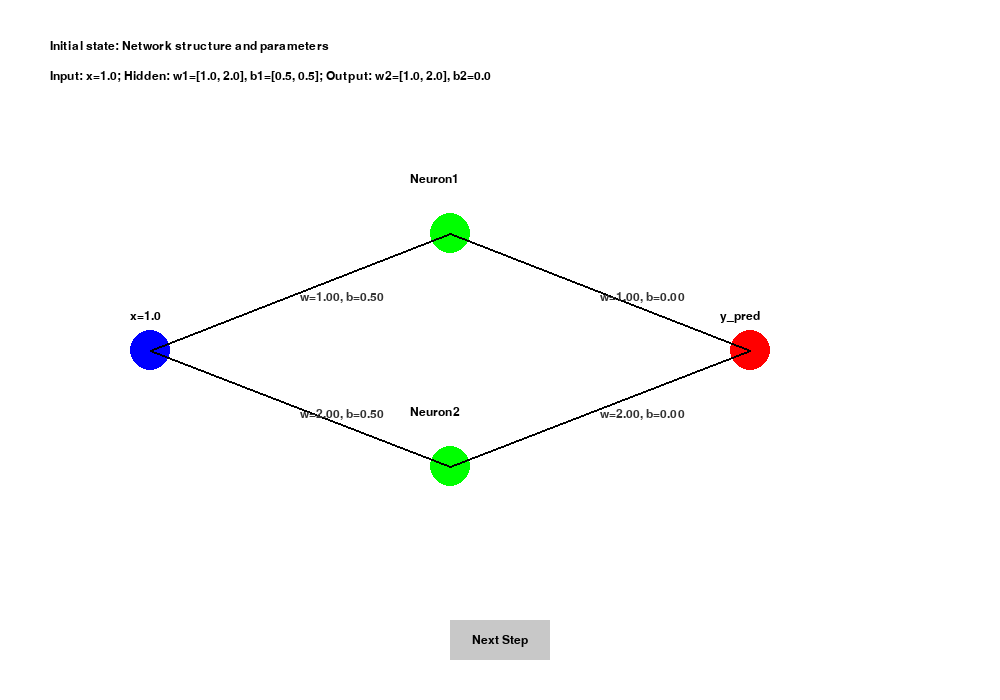
Repository: ducchuu/cnn_from_scratch
Script's output: python src/visualization/pygame_nn_simulator.py
An editor plug-in stored every save of this project. The script's output is shown before and after the next save, followed by the edit.
The window is shown after at most 60 frames with no key pressed. Random numbers start from a fixed seed.

Above is the script's output before, as saved 2025-02-13 05:31:00.

### src/visualization/pygame_nn_simulator.py
import pygame
import sys

# 初始化 pygame
pygame.init()

# 屏幕设置
screen_width = 1000
screen_height = 700
screen = pygame.display.set_mode((screen_width, screen_height))
pygame.display.set_caption("神经网络训练过程交互式可视化")

# 设置字体（使用更小的默认字体）
font = pygame.font.SysFont(None, 18)  # 字号调整为18

# 定义各层神经元的位置
input_pos = (150, screen_height // 2)
hidden1_pos = (450, screen_height // 3)
hidden2_pos = (450, screen_height * 2 // 3)
output_pos = (750, screen_height // 2)

# 定义"下一步"按钮的位置和大小
button_rect = pygame.Rect(screen_width // 2 - 50, screen_height - 80, 100, 40)

# 预定义各步的说明文字和对应的详细信息
steps = [
    {
        "desc": "Initial state: Network structure and parameters",
        "details": "Input: x=1.0; Hidden: w1=[1.0, 2.0], b1=[0.5, 0.5]; Output: w2=[1.0, 2.0], b2=0.0",
        "highlight_paths": [],
    },
    {
        "desc": "Forward pass: Calculate hidden layer weighted input",
        "details": "z1 = [1*1.0+0.5, 1*2.0+0.5] = [1.5, 2.5]",
        "highlight_paths": [(input_pos, hidden1_pos), (input_pos, hidden2_pos)],
    },
    {
        "desc": "Forward pass: Apply ReLU activation function",
        "details": "h = ReLU(z1) = [1.5, 2.5]",
        "highlight_paths": [(hidden1_pos, hidden1_pos), (hidden2_pos, hidden2_pos)],
    },
    {
        "desc": "Forward pass: Calculate output layer output",
        "details": "y_pred = h•w2 + b2 = 1.5*1.0 + 2.5*2.0 = 6.5",
        "highlight_paths": [(hidden1_pos, output_pos), (hidden2_pos, output_pos)],
    },
    {
        "desc": "Calculate loss: Use Mean Squared Error (MSE)",
        "details": "L = 0.5*(6.5-7.0)^2 = 0.125",
        "highlight_paths": [(output_pos, output_pos)],
    },
    {
        "desc": "Backward pass: Calculate output layer gradient",
        "details": "dL/dy_pred = y_pred - target = -0.5",
        "highlight_paths": [(output_pos, output_pos)],
    },
    {
        "desc": "Backward pass: Calculate output layer weight gradient",
        "details": "grad_w2 = dL/dy_pred * h = -0.5 * [1.5, 2.5] = [-0.75, -1.25]",
        "highlight_paths": [(hidden1_pos, output_pos), (hidden2_pos, output_pos)],
    },
    {
        "desc": "Backward pass: Gradient propagation to hidden layer",
        "details": "dL/dh = dL/dy_pred * w2 = [-0.5, -1.0]",
        "highlight_paths": [(output_pos, hidden1_pos), (output_pos, hidden2_pos)],
    },
    {
        "desc": "Backward pass: Calculate hidden layer weight gradient",
        "details": "grad_w1 = dL/dz1 * x = [-0.5, -1.0]",
        "highlight_paths": [(input_pos, hidden1_pos), (input_pos, hidden2_pos)],
    },
    {
        "desc": "Parameter update: Update all layer parameters",
        "details": "new_w1=[1.05,2.1], new_b1=[0.55,0.6]; new_w2=[1.075,2.125], new_b2=0.05",
        "highlight_paths": [
            (input_pos, hidden1_pos),
            (input_pos, hidden2_pos),
            (hidden1_pos, output_pos),
            (hidden2_pos, output_pos),
        ],
    },
]

# 修改颜色定义，使用更鲜明的配色
COLORS = {
    "input_value": (0, 120, 255),  # 深蓝色
    "weights": (50, 50, 50),  # 深灰色
    "activation": (34, 139, 34),  # 森林绿
    "gradients": (220, 20, 60),  # 猩红色
    "loss": (255, 140, 0),  # 深橙色
    "updated_params": (148, 0, 211),  # 深紫色
    "neuron_label": (0, 0, 0),  # 黑色
}

# 当前步骤变量（初始为 0）
step = 0


def get_edge_text_positions(start_pos, end_pos):
    # 计算边的中点
    mid_x = (start_pos[0] + end_pos[0]) // 2
    mid_y = (start_pos[1] + end_pos[1]) // 2

    # 计算边的方向向量
    dx = end_pos[0] - start_pos[0]
    dy = end_pos[1] - start_pos[1]

    # 计算垂直于边的方向
    length = (dx * dx + dy * dy) ** 0.5
    if length != 0:
        normal_x = -dy / length
        normal_y = dx / length
    else:
        normal_x, normal_y = 0, 1

    # 返回更多的文本位置选项
    positions = {
        "top2": (mid_x + normal_x * 60, mid_y + normal_y * 60),  # 最上层
        "top1": (mid_x + normal_x * 30, mid_y + normal_y * 30),  # 上层
        "middle": (mid_x, mid_y),  # 中间
        "bottom1": (mid_x - normal_x * 30, mid_y - normal_y * 30),  # 下层
        "bottom2": (mid_x - normal_x * 60, mid_y - normal_y * 60),  # 最下层
    }
    return positions


def draw_network(screen, step):
    screen.fill((255, 255, 255))
    screen_rect = screen.get_rect()

    # 根据前向传播过程定义相关变量
    # 定义输入层的输入值
    x = 1.0
    # 计算隐藏层的加权输入 z1，根据步骤1的示例计算
    z1 = [x * 1.0 + 0.5, x * 2.0 + 0.5]  # 得到 [1.5, 2.5]
    # 使用 ReLU 激活函数计算隐藏层输出 h
    h = [max(0, val) for val in z1]  # 结果为 [1.5, 2.5]

    # 画出各层神经元：用圆圈表示
    # 输入层（蓝色）
    pygame.draw.circle(screen, (0, 0, 255), input_pos, 20)
    # 隐藏层（绿色）
    pygame.draw.circle(screen, (0, 255, 0), hidden1_pos, 20)
    pygame.draw.circle(screen, (0, 255, 0), hidden2_pos, 20)
    # 输出层（红色）
    pygame.draw.circle(screen, (255, 0, 0), output_pos, 20)

    # 画出各层之间的连线
    pygame.draw.line(screen, (0, 0, 0), input_pos, hidden1_pos, 2)
    pygame.draw.line(screen, (0, 0, 0), input_pos, hidden2_pos, 2)
    pygame.draw.line(screen, (0, 0, 0), hidden1_pos, output_pos, 2)
    pygame.draw.line(screen, (0, 0, 0), hidden2_pos, output_pos, 2)

    # 在输入层节点旁显示 x=1.0
    text = font.render("x=1.0", True, (0, 0, 0))
    screen.blit(text, (input_pos[0] - 20, input_pos[1] - 40))

    # 在隐藏层节点旁显示神经元标签
    text = font.render("Neuron1", True, COLORS["neuron_label"])
    screen.blit(text, (hidden1_pos[0] - 40, hidden1_pos[1] - 60))
    text = font.render("Neuron2", True, COLORS["neuron_label"])
    screen.blit(text, (hidden2_pos[0] - 40, hidden2_pos[1] - 60))

    # 在输出层节点旁显示 y_pred 标签
    text = font.render("y_pred", True, (0, 0, 0))
    screen.blit(text, (output_pos[0] - 30, output_pos[1] - 40))

    # 获取边的文本位置
    input_hidden1_pos = get_edge_text_positions(input_pos, hidden1_pos)
    input_hidden2_pos = get_edge_text_positions(input_pos, hidden2_pos)
    hidden1_output_pos = get_edge_text_positions(hidden1_pos, output_pos)
    hidden2_output_pos = get_edge_text_positions(hidden2_pos, output_pos)

    # 按照显示优先级绘制文本
    # 1. 首先显示权重和偏置（在中间位置）
    if step < 9:
        # 初始参数
        text = font.render(f"w=1.00, b=0.50", True, COLORS["weights"])
        screen.blit(text, input_hidden1_pos["middle"])
        text = font.render(f"w=2.00, b=0.50", True, COLORS["weights"])
        screen.blit(text, input_hidden2_pos["middle"])

        text = font.render(f"w=1.00, b=0.00", True, COLORS["weights"])
        screen.blit(text, hidden1_output_pos["middle"])
        text = font.render(f"w=2.00, b=0.00", True, COLORS["weights"])
        screen.blit(text, hidden2_output_pos["middle"])
    else:
        # 更新后的参数
        text = font.render(f"w=1.05, b=0.55", True, COLORS["updated_params"])
        screen.blit(text, input_hidden1_pos["middle"])
        text = font.render(f"w=2.10, b=0.60", True, COLORS["updated_params"])
        screen.blit(text, input_hidden2_pos["middle"])

        text = font.render(f"w=1.075, b=0.05", True, COLORS["updated_params"])
        screen.blit(text, hidden1_output_pos["middle"])
        text = font.render(f"w=2.125, b=0.05", True, COLORS["updated_params"])
        screen.blit(text, hidden2_output_pos["middle"])

    # 2. 显示梯度信息（在上下不同层次）
    if step >= 6:
        # 输出层权重梯度
        text = font.render("grad_w2 = [-0.75, -1.25]", True, COLORS["gradients"])
        screen.blit(text, hidden1_output_pos["top2"])

    if step >= 7:
        # 隐藏层梯度
        text = font.render("dL/dh = [-0.5, -1.0]", True, COLORS["gradients"])
        screen.blit(text, hidden1_output_pos["bottom2"])
        screen.blit(text, hidden2_output_pos["bottom2"])

    if step >= 8:
        # 输入层权重梯度
        text = font.render("grad_w1 = [-0.5, -1.0]", True, COLORS["gradients"])
        screen.blit(text, input_hidden1_pos["top2"])

    # 3. 节点值显示（使用更大的间距）
    if step >= 1:
        text = font.render(f"z={z1[0]:.1f}", True, COLORS["activation"])
        screen.blit(text, (hidden1_pos[0] + 30, hidden1_pos[1] - 50))
        text = font.render(f"z={z1[1]:.1f}", True, COLORS["activation"])
        screen.blit(text, (hidden2_pos[0] + 30, hidden2_pos[1] - 50))

    if step >= 2:
        text = font.render(f"h={h[0]:.1f}", True, COLORS["activation"])
        screen.blit(text, (hidden1_pos[0] + 30, hidden1_pos[1]))
        text = font.render(f"h={h[1]:.1f}", True, COLORS["activation"])
        screen.blit(text, (hidden2_pos[0] + 30, hidden2_pos[1]))

    # 4. 输出层信息（使用更大的垂直间距）
    if step >= 3:
        text = font.render("y_pred=6.5", True, COLORS["gradients"])
        screen.blit(text, (output_pos[0] + 40, output_pos[1] - 20))

    if step >= 4:
        text = font.render("L = 0.125", True, COLORS["loss"])
        screen.blit(text, (output_pos[0] + 40, output_pos[1] + 40))

    if step >= 5:
        text = font.render("dL/dy_pred = -0.5", True, COLORS["gradients"])
        screen.blit(text, (output_pos[0] + 40, output_pos[1] + 10))

    # 在屏幕顶部显示当前步骤的说明
    current_step = steps[step]
    step_text = font.render(current_step["desc"], True, (0, 0, 0))
    screen.blit(step_text, (50, 40))
    detail_text = font.render(current_step["details"], True, (0, 0, 0))
    screen.blit(detail_text, (50, 70))

    # 调整"Next Step"按钮样式
    pygame.draw.rect(screen, (200, 200, 200), button_rect)
    button_text = font.render("Next Step", True, (0, 0, 0))
    button_text_rect = button_text.get_rect(center=button_rect.center)
    screen.blit(button_text, button_text_rect)

    # 绘制高亮路径
    current_step = steps[step]
    for path in current_step["highlight_paths"]:
        pygame.draw.line(screen, (255, 255, 0), path[0], path[1], 4)  # 黄色高亮


# 主循环
clock = pygame.time.Clock()
running = True

while running:
    clock.tick(30)  # 控制帧率 30 FPS

    for event in pygame.event.get():
        if event.type == pygame.QUIT:
            running = False
            break

        # 点击鼠标按钮（仅响应按钮范围内的点击）
        if event.type == pygame.MOUSEBUTTONDOWN:
            if button_rect.collidepoint(event.pos):
                if step < len(steps) - 1:
                    step += 1
                else:
                    # 如果已完成所有步骤，则重置回初始状态
                    step = 0

    # 绘制网络和步骤信息
    draw_network(screen, step)

    # 更新屏幕
    pygame.display.flip()

pygame.quit()
sys.exit()

After the next save:
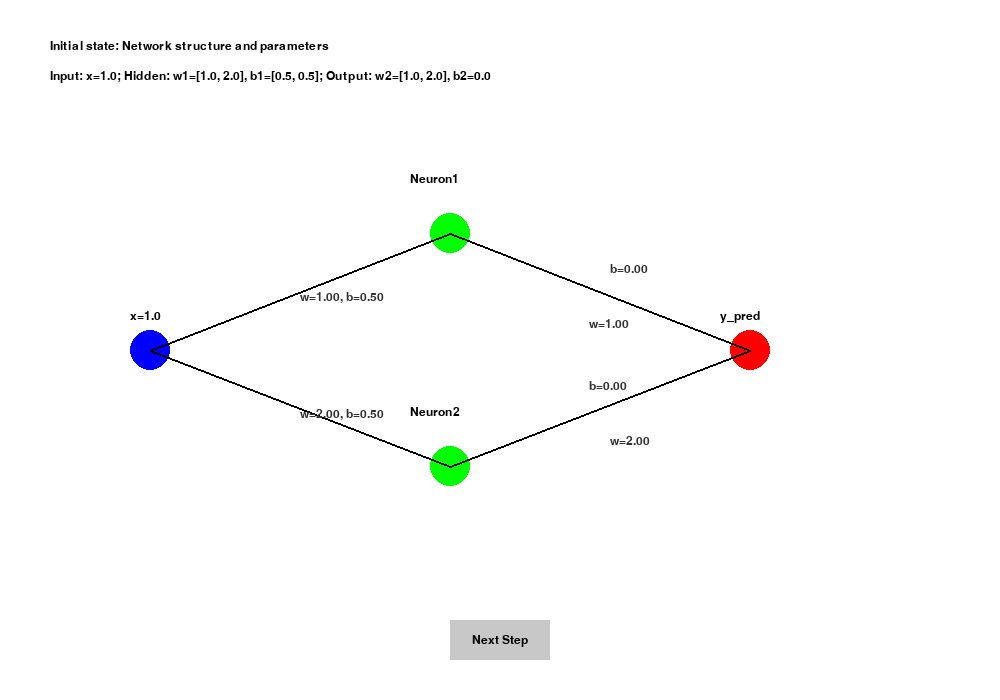
Saved 3 min 27 s later.
--- a/src/visualization/pygame_nn_simulator.py
+++ b/src/visualization/pygame_nn_simulator.py
@@ -180,10 +180,14 @@ def draw_network(screen, step):
         text = font.render(f"w=2.00, b=0.50", True, COLORS["weights"])
         screen.blit(text, input_hidden2_pos["middle"])
 
-        text = font.render(f"w=1.00, b=0.00", True, COLORS["weights"])
-        screen.blit(text, hidden1_output_pos["middle"])
-        text = font.render(f"w=2.00, b=0.00", True, COLORS["weights"])
-        screen.blit(text, hidden2_output_pos["middle"])
+        text = font.render(f"w=1.00", True, COLORS["weights"])
+        screen.blit(text, hidden1_output_pos["top1"])
+        text = font.render(f"b=0.00", True, COLORS["weights"])
+        screen.blit(text, hidden1_output_pos["bottom1"])
+        text = font.render(f"w=2.00", True, COLORS["weights"])
+        screen.blit(text, hidden2_output_pos["top1"])
+        text = font.render(f"b=0.00", True, COLORS["weights"])
+        screen.blit(text, hidden2_output_pos["bottom1"])
     else:
         # 更新后的参数
         text = font.render(f"w=1.05, b=0.55", True, COLORS["updated_params"])
@@ -191,53 +195,71 @@ def draw_network(screen, step):
         text = font.render(f"w=2.10, b=0.60", True, COLORS["updated_params"])
         screen.blit(text, input_hidden2_pos["middle"])
 
-        text = font.render(f"w=1.075, b=0.05", True, COLORS["updated_params"])
-        screen.blit(text, hidden1_output_pos["middle"])
-        text = font.render(f"w=2.125, b=0.05", True, COLORS["updated_params"])
-        screen.blit(text, hidden2_output_pos["middle"])
+        text = font.render(f"w=1.075", True, COLORS["updated_params"])
+        screen.blit(text, hidden1_output_pos["top1"])
+        text = font.render(f"b=0.05", True, COLORS["updated_params"])
+        screen.blit(text, hidden1_output_pos["bottom1"])
+        text = font.render(f"w=2.125", True, COLORS["updated_params"])
+        screen.blit(text, hidden2_output_pos["top1"])
+        text = font.render(f"b=0.05", True, COLORS["updated_params"])
+        screen.blit(text, hidden2_output_pos["bottom1"])
 
     # 2. 显示梯度信息（在上下不同层次）
     if step >= 6:
         # 输出层权重梯度
-        text = font.render("grad_w2 = [-0.75, -1.25]", True, COLORS["gradients"])
+        text = font.render("grad_w2 =", True, COLORS["gradients"])
         screen.blit(text, hidden1_output_pos["top2"])
+        text = font.render("[-0.75, -1.25]", True, COLORS["gradients"])
+        screen.blit(
+            text, (hidden1_output_pos["top2"][0], hidden1_output_pos["top2"][1] + 20)
+        )
 
     if step >= 7:
         # 隐藏层梯度
-        text = font.render("dL/dh = [-0.5, -1.0]", True, COLORS["gradients"])
+        text = font.render("dL/dh =", True, COLORS["gradients"])
         screen.blit(text, hidden1_output_pos["bottom2"])
-        screen.blit(text, hidden2_output_pos["bottom2"])
+        text = font.render("[-0.5, -1.0]", True, COLORS["gradients"])
+        screen.blit(
+            text,
+            (hidden1_output_pos["bottom2"][0], hidden1_output_pos["bottom2"][1] + 20),
+        )
 
     if step >= 8:
         # 输入层权重梯度
-        text = font.render("grad_w1 = [-0.5, -1.0]", True, COLORS["gradients"])
+        text = font.render("grad_w1 =", True, COLORS["gradients"])
         screen.blit(text, input_hidden1_pos["top2"])
+        text = font.render("[-0.5, -1.0]", True, COLORS["gradients"])
+        screen.blit(
+            text, (input_hidden1_pos["top2"][0], input_hidden1_pos["top2"][1] + 20)
+        )
 
     # 3. 节点值显示（使用更大的间距）
     if step >= 1:
         text = font.render(f"z={z1[0]:.1f}", True, COLORS["activation"])
-        screen.blit(text, (hidden1_pos[0] + 30, hidden1_pos[1] - 50))
+        screen.blit(text, (hidden1_pos[0] + 30, hidden1_pos[1] - 60))
         text = font.render(f"z={z1[1]:.1f}", True, COLORS["activation"])
-        screen.blit(text, (hidden2_pos[0] + 30, hidden2_pos[1] - 50))
+        screen.blit(text, (hidden2_pos[0] + 30, hidden2_pos[1] - 60))
 
     if step >= 2:
         text = font.render(f"h={h[0]:.1f}", True, COLORS["activation"])
-        screen.blit(text, (hidden1_pos[0] + 30, hidden1_pos[1]))
+        screen.blit(text, (hidden1_pos[0] + 30, hidden1_pos[1] - 30))
         text = font.render(f"h={h[1]:.1f}", True, COLORS["activation"])
-        screen.blit(text, (hidden2_pos[0] + 30, hidden2_pos[1]))
+        screen.blit(text, (hidden2_pos[0] + 30, hidden2_pos[1] - 30))
 
     # 4. 输出层信息（使用更大的垂直间距）
     if step >= 3:
         text = font.render("y_pred=6.5", True, COLORS["gradients"])
-        screen.blit(text, (output_pos[0] + 40, output_pos[1] - 20))
+        screen.blit(text, (output_pos[0] + 40, output_pos[1] - 40))
 
     if step >= 4:
         text = font.render("L = 0.125", True, COLORS["loss"])
-        screen.blit(text, (output_pos[0] + 40, output_pos[1] + 40))
+        screen.blit(text, (output_pos[0] + 40, output_pos[1] + 60))
 
     if step >= 5:
-        text = font.render("dL/dy_pred = -0.5", True, COLORS["gradients"])
-        screen.blit(text, (output_pos[0] + 40, output_pos[1] + 10))
+        text = font.render("dL/dy_pred", True, COLORS["gradients"])
+        screen.blit(text, (output_pos[0] + 40, output_pos[1]))
+        text = font.render("= -0.5", True, COLORS["gradients"])
+        screen.blit(text, (output_pos[0] + 40, output_pos[1] + 20))
 
     # 在屏幕顶部显示当前步骤的说明
     current_step = steps[step]
